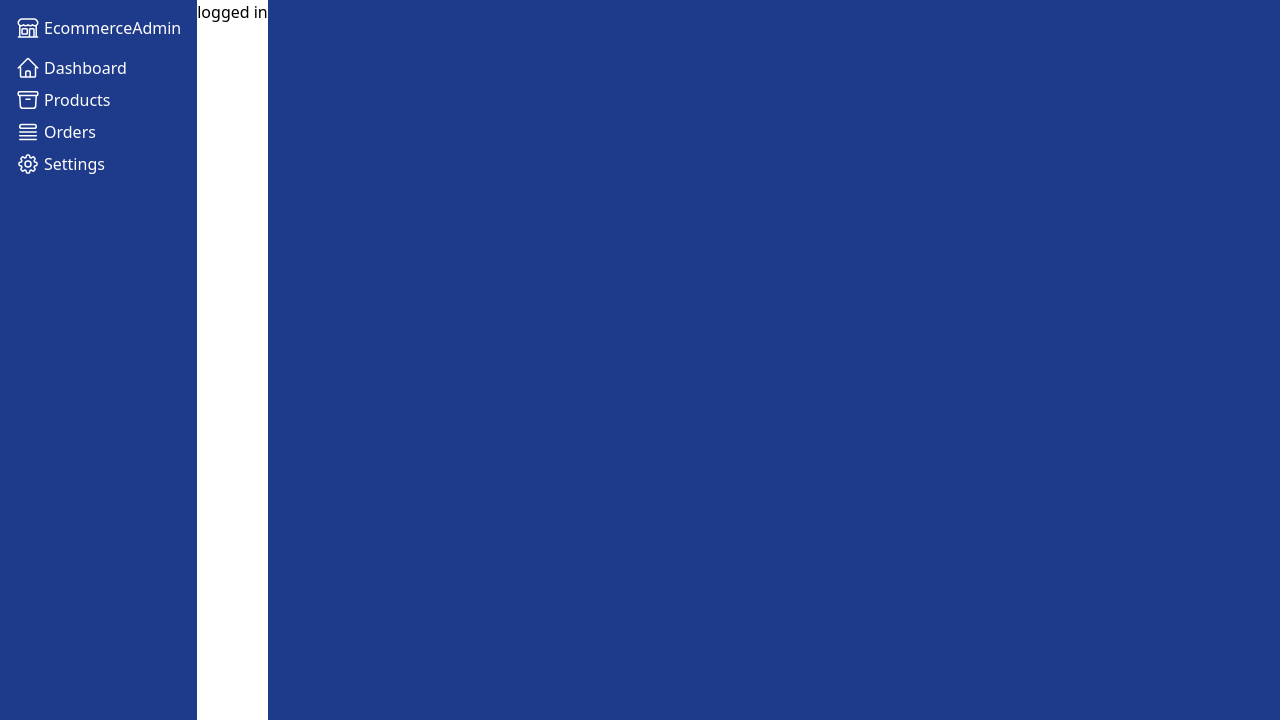
Repository: xoshiraghavx/CRUDS
Page: /
The author's editor kept a copy of each file at every save. The page is drawn from the files as they stood at one save, then again after the next save.
The browser window is 1280 px wide. The pictures show the whole page.
The page's requests for data from a server got no answer. The project was rebuilt for these pictures with package versions that can differ from the ones it lists, and the page was loaded fresh each time. The framework's server and built-in components were replaced by stand-ins that run in the browser. No one was signed in, and anything a server would have sent is missing. Also part of the build but not shown: next.config.mjs.

Above is the page before, as saved 2024-02-22 19:38:50.

### pages/_app.js
import "@/styles/globals.css";


import { SessionProvider } from "next-auth/react"

export default function App({
  Component, pageProps: { session, ...pageProps }

}) {
  return (
    <SessionProvider session={session}>
      <Component {...pageProps}/>
    </SessionProvider>
  )
}

### pages/index.js
import Nav from "@/components/Nav";
import { useSession, signIn, signOut } from "next-auth/react"

export default function Home() {
  const { data: session } = useSession();
  // if(!session){
  //   return(
  //     <div className="bg-blue-900 w-screen h-screen flex items-center">
  //     <div className="text-center w-full">
  //     <button onClick={()=> signIn('google')}  className="bg-white p-2 px-4 rounded-lg">Login with Google</button>
  //     </div>
  //   </div>
  //   )
  // }
  return (
    <div className="bg-blue-900 min-h-screen flex">
      <Nav />
    <div className="bg-white">logged in
      {/* {session.user.email} */}
      </div>
    </div>
  );
}

### components/Nav.js
import Link from 'next/link'
import React from 'react'

const Nav = () => {
  return (
    <aside className='text-white p-4'>
        <Link href={'/'} className='flex gap-1 mb-4'>
        <svg xmlns="http://www.w3.org/2000/svg" fill="none" viewBox="0 0 24 24" strokeWidth={1.5} stroke="currentColor" className="w-6 h-6">
            <path strokeLinecap="round" strokeLinejoin="round" d="M13.5 21v-7.5a.75.75 0 0 1 .75-.75h3a.75.75 0 0 1 .75.75V21m-4.5 0H2.36m11.14 0H18m0 0h3.64m-1.39 0V9.349M3.75 21V9.349m0 0a3.001 3.001 0 0 0 3.75-.615A2.993 2.993 0 0 0 9.75 9.75c.896 0 1.7-.393 2.25-1.016a2.993 2.993 0 0 0 2.25 1.016c.896 0 1.7-.393 2.25-1.015a3.001 3.001 0 0 0 3.75.614m-16.5 0a3.004 3.004 0 0 1-.621-4.72l1.189-1.19A1.5 1.5 0 0 1 5.378 3h13.243a1.5 1.5 0 0 1 1.06.44l1.19 1.189a3 3 0 0 1-.621 4.72M6.75 18h3.75a.75.75 0 0 0 .75-.75V13.5a.75.75 0 0 0-.75-.75H6.75a.75.75 0 0 0-.75.75v3.75c0 .414.336.75.75.75Z" />
        </svg>
        <span className=''>
            EcommerceAdmin
        </span>
        </Link>
        <nav className='flex flex-col gap-2'>
            <Link href={'/'} className='flex gap-1'>
            <svg xmlns="http://www.w3.org/2000/svg" fill="none" viewBox="0 0 24 24" strokeWidth={1.5} stroke="currentColor" className="w-6 h-6">
                <path strokeLinecap="round" strokeLinejoin="round" d="m2.25 12 8.954-8.955c.44-.439 1.152-.439 1.591 0L21.75 12M4.5 9.75v10.125c0 .621.504 1.125 1.125 1.125H9.75v-4.875c0-.621.504-1.125 1.125-1.125h2.25c.621 0 1.125.504 1.125 1.125V21h4.125c.621 0 1.125-.504 1.125-1.125V9.75M8.25 21h8.25" />
            </svg>
                Dashboard
            </Link>
            <Link href={'/'} className='flex gap-1'>
            <svg xmlns="http://www.w3.org/2000/svg" fill="none" viewBox="0 0 24 24" strokeWidth={1.5} stroke="currentColor" className="w-6 h-6">
                <path strokeLinecap="round" strokeLinejoin="round" d="m20.25 7.5-.625 10.632a2.25 2.25 0 0 1-2.247 2.118H6.622a2.25 2.25 0 0 1-2.247-2.118L3.75 7.5M10 11.25h4M3.375 7.5h17.25c.621 0 1.125-.504 1.125-1.125v-1.5c0-.621-.504-1.125-1.125-1.125H3.375c-.621 0-1.125.504-1.125 1.125v1.5c0 .621.504 1.125 1.125 1.125Z" />
            </svg>
                Products
            </Link>
            <Link href={'/'} className='flex gap-1'>
            <svg xmlns="http://www.w3.org/2000/svg" fill="none" viewBox="0 0 24 24" strokeWidth={1.5} stroke="currentColor" className="w-6 h-6">
                <path strokeLinecap="round" strokeLinejoin="round" d="M3.75 12h16.5m-16.5 3.75h16.5M3.75 19.5h16.5M5.625 4.5h12.75a1.875 1.875 0 0 1 0 3.75H5.625a1.875 1.875 0 0 1 0-3.75Z" />
            </svg>
                Orders
            </Link>
            <Link href={'/'} className='flex gap-1'>
            <svg xmlns="http://www.w3.org/2000/svg" fill="none" viewBox="0 0 24 24" strokeWidth={1.5} stroke="currentColor" className="w-6 h-6">
                <path strokeLinecap="round" strokeLinejoin="round" d="M10.343 3.94c.09-.542.56-.94 1.11-.94h1.093c.55 0 1.02.398 1.11.94l.149.894c.07.424.384.764.78.93.398.164.855.142 1.205-.108l.737-.527a1.125 1.125 0 0 1 1.45.12l.773.774c.39.389.44 1.002.12 1.45l-.527.737c-.25.35-.272.806-.107 1.204.165.397.505.71.93.78l.893.15c.543.09.94.559.94 1.109v1.094c0 .55-.397 1.02-.94 1.11l-.894.149c-.424.07-.764.383-.929.78-.165.398-.143.854.107 1.204l.527.738c.32.447.269 1.06-.12 1.45l-.774.773a1.125 1.125 0 0 1-1.449.12l-.738-.527c-.35-.25-.806-.272-1.203-.107-.398.165-.71.505-.781.929l-.149.894c-.09.542-.56.94-1.11.94h-1.094c-.55 0-1.019-.398-1.11-.94l-.148-.894c-.071-.424-.384-.764-.781-.93-.398-.164-.854-.142-1.204.108l-.738.527c-.447.32-1.06.269-1.45-.12l-.773-.774a1.125 1.125 0 0 1-.12-1.45l.527-.737c.25-.35.272-.806.108-1.204-.165-.397-.506-.71-.93-.78l-.894-.15c-.542-.09-.94-.56-.94-1.109v-1.094c0-.55.398-1.02.94-1.11l.894-.149c.424-.07.765-.383.93-.78.165-.398.143-.854-.108-1.204l-.526-.738a1.125 1.125 0 0 1 .12-1.45l.773-.773a1.125 1.125 0 0 1 1.45-.12l.737.527c.35.25.807.272 1.204.107.397-.165.71-.505.78-.929l.15-.894Z" />
                <path strokeLinecap="round" strokeLinejoin="round" d="M15 12a3 3 0 1 1-6 0 3 3 0 0 1 6 0Z" />
                </svg>
                Settings
            </Link>
        </nav>
    </aside>
  )
}

export default Nav

Loaded but not shown: pages/_document.js (common file); styles/globals.css (common file); tailwind.config.js (common file)

After the next save:
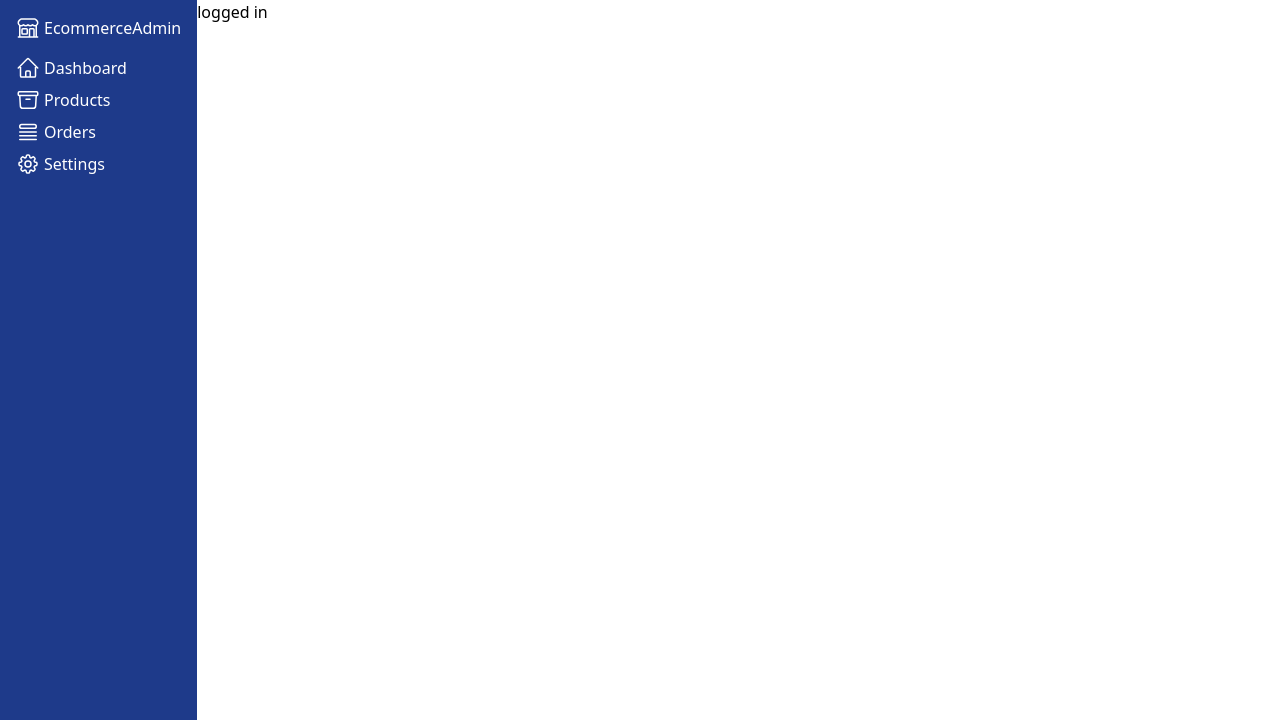
Saved 9 s later.
--- a/pages/index.js
+++ b/pages/index.js
@@ -15,7 +15,7 @@ export default function Home() {
   return (
     <div className="bg-blue-900 min-h-screen flex">
       <Nav />
-    <div className="bg-white">logged in
+    <div className="bg-white flex-grow">logged in
       {/* {session.user.email} */}
       </div>
     </div>
